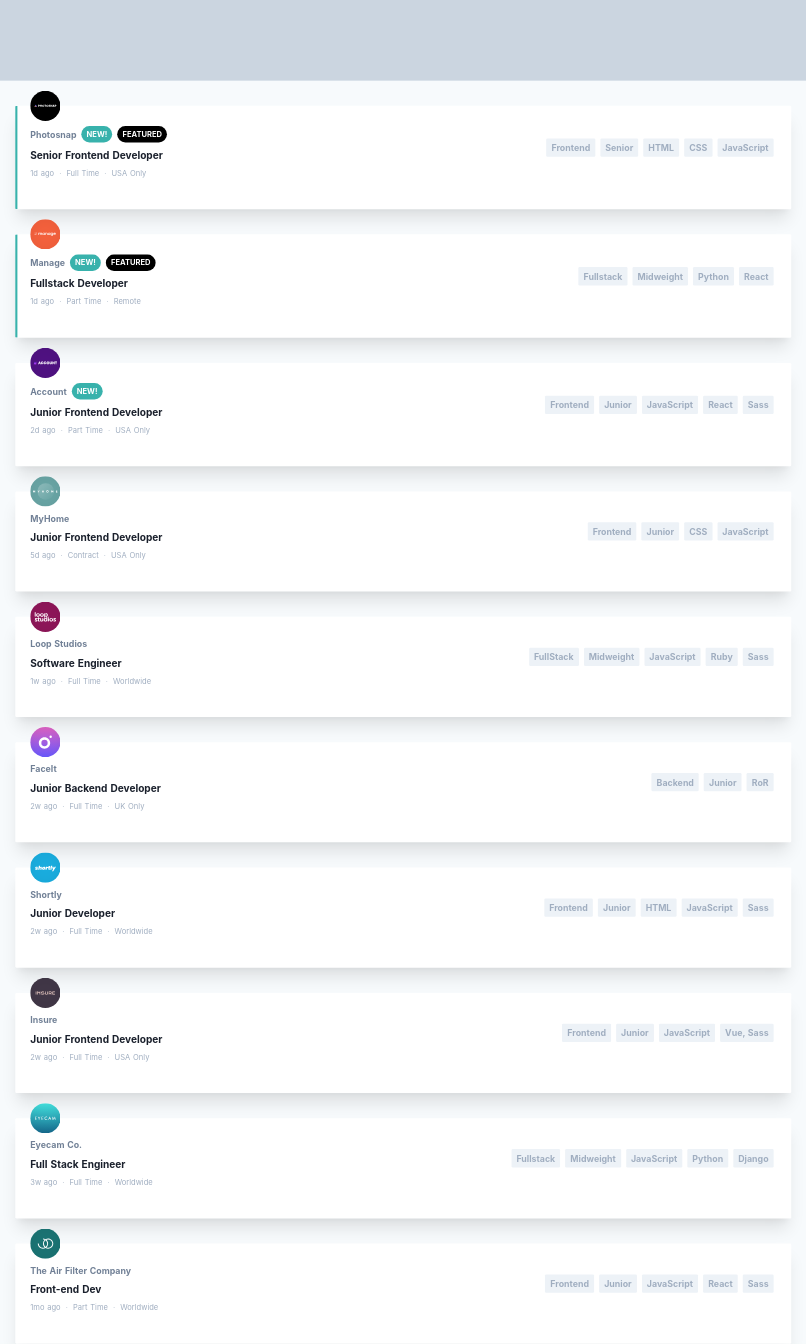
Repository: asongdon/frontendmentor-joblisting
Page: /
The author's editor kept a copy of each file at every save. The page is drawn from the files as they stood at one save, then again after the next save.
The browser window is 1280 px wide. The pictures show the whole page, at 63% of full size.
The project was rebuilt for these pictures with package versions that can differ from the ones it lists, and the page was loaded fresh each time. The framework's server and built-in components were replaced by stand-ins that run in the browser. Also part of the build but not shown: nuxt.config.js.

Above is the page before, as saved 2020-04-12 22:29:33.

After the next save:
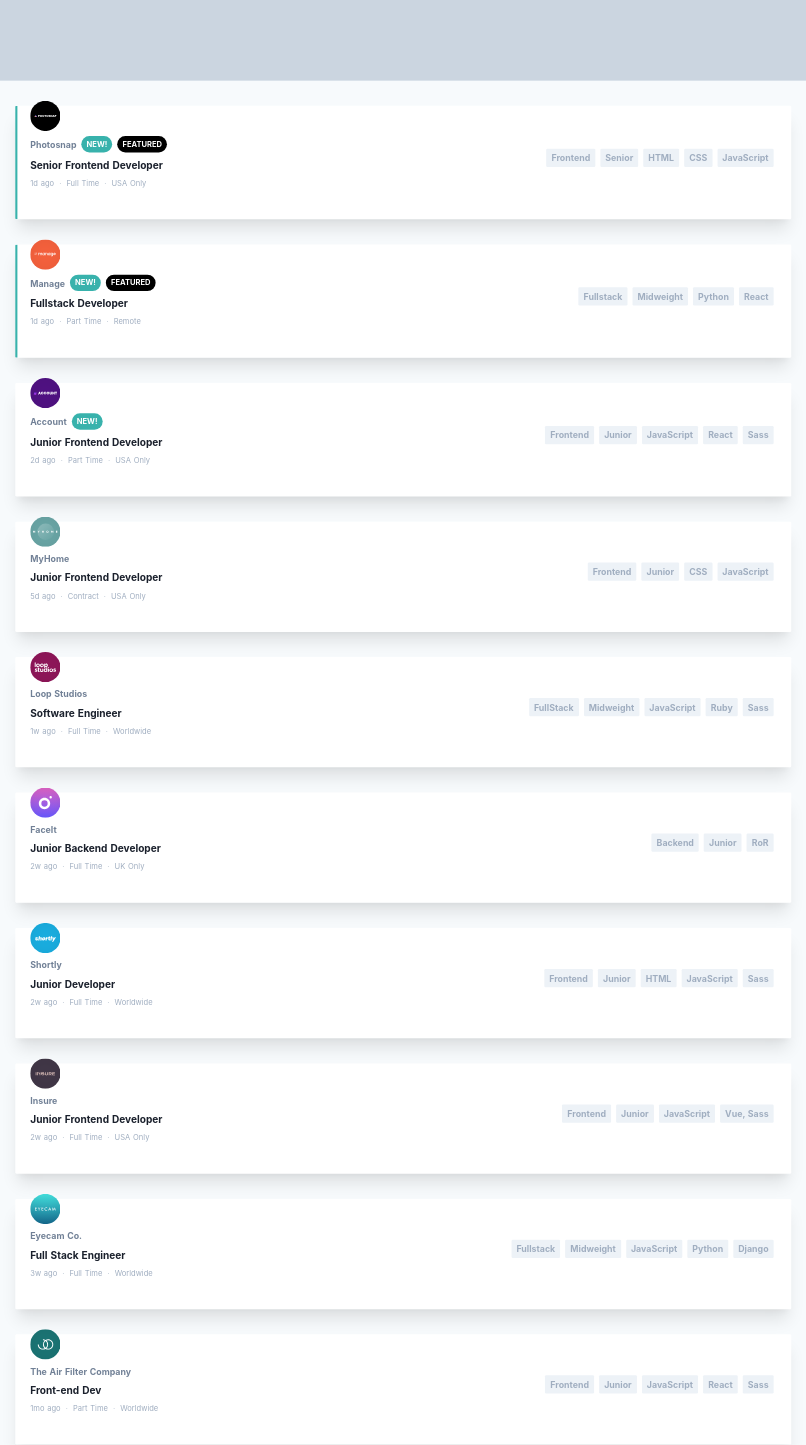
Saved 21 s later.
--- a/components/Maincard.vue
+++ b/components/Maincard.vue
@@ -1,6 +1,6 @@
 <template>
   <div
-    class="flex flex-col lg:flex-row lg:justify-between flex-no-wrap rounded-sm px-5 bg-white shadow-xl pb-4 mb-10 border-l-4 border-white"
+    class="flex flex-col lg:flex-row lg:justify-between flex-no-wrap rounded-sm px-5 bg-white shadow-xl py-4 mb-10 border-l-4 border-white"
     :class="{ 'border-l-4': featured, 'border-teal-500': featured }"
   >
     <!-- Info -->
